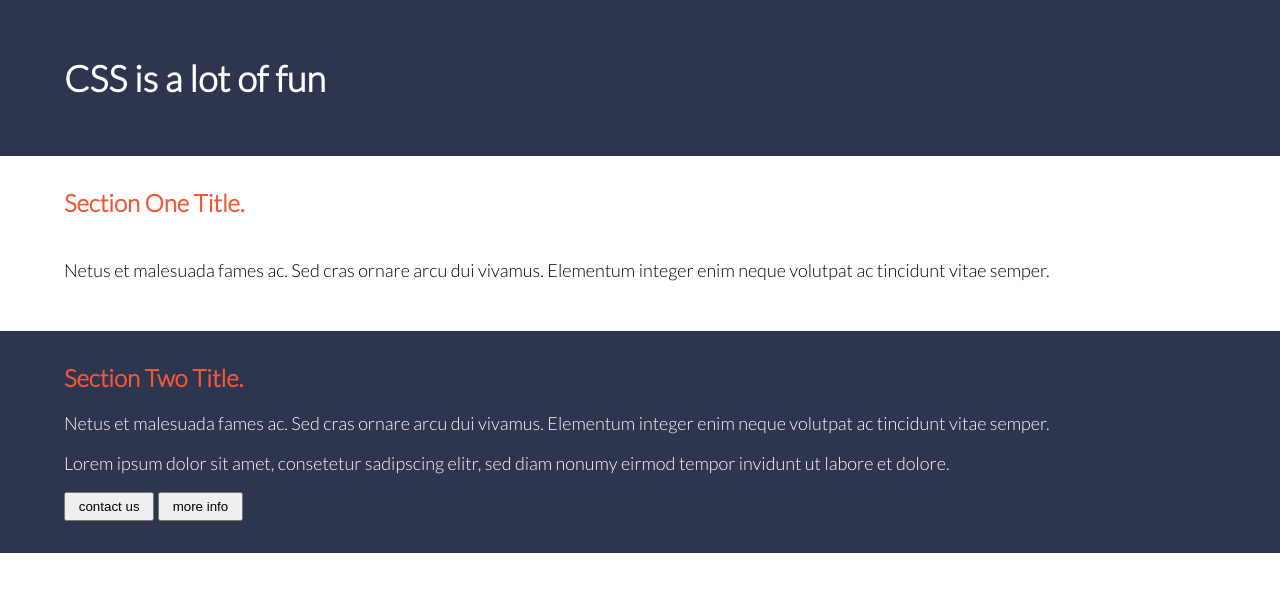
Repository: Doumham-Armah/sample-landing-page
Page: index.html
The author's editor kept a copy of each file at every save. The page is drawn from the files as they stood at one save, then again after the next save.
The browser window is 1280 px wide. The pictures show the whole page.

Above is the page before, as saved 2021-08-16 12:53:38.

### index.html
<!DOCTYPE html>
<html lang="en">
  <head>
    <meta charset="UTF-8" />
    <meta http-equiv="X-UA-Compatible" content="IE=edge" />
    <meta name="viewport" content="width=device-width, initial-scale=1.0" />
    <title>Document</title>
    <link rel="preconnect" href="https://fonts.googleapis.com" />
    <link rel="preconnect" href="https://fonts.gstatic.com" crossorigin />
    <link
      href="https://fonts.googleapis.com/css2?family=Lato:wght@300&display=swap"
      rel="stylesheet"
    />
    <link href="./style.css" rel="stylesheet" />
  </head>

  <body>
    <header>
      <div class="container">
        <h1>CSS is a lot of fun</h1>
      </div>
    </header>

    <section class="section-one">
      <div class="container">
        <h2>Section One Title.</h2>
        <img src="" alt="" />
        <p>
          Netus et malesuada fames ac. Sed cras ornare arcu dui vivamus.
          Elementum integer enim neque volutpat ac tincidunt vitae semper.
        </p>
      </div>
    </section>

    <section class="section-two">
      <div class="container">
        <h2>Section Two Title.</h2>
        <p>
          Netus et malesuada fames ac. Sed cras ornare arcu dui vivamus.
          Elementum integer enim neque volutpat ac tincidunt vitae semper.
        </p>
        <p>
          Lorem ipsum dolor sit amet, consetetur sadipscing elitr, sed diam
          nonumy eirmod tempor invidunt ut labore et dolore.
        </p>
        <button class="btn contact">contact us</button>
        <button class="btn info">more info</button>
      </div>
    </section>
  </body>
</html>

### style.css
body {
  margin: 0;
  font-family: "Lato", sans-serif;
  font-size: 18px;
}
.container {
  padding: 2rem 4rem;
}
header,
.section-two {
  background-color: #2e354f;
  color: white;
}

.conatiner h1 {
  font-size: 36px;
}
.container h2 {
  font-size: 24px;
  color: #ef5839;
}
h2,
p {
  margin-top: 0;
}

.btn {
  padding: 0.3rem 0.8rem;
}

After the next save:
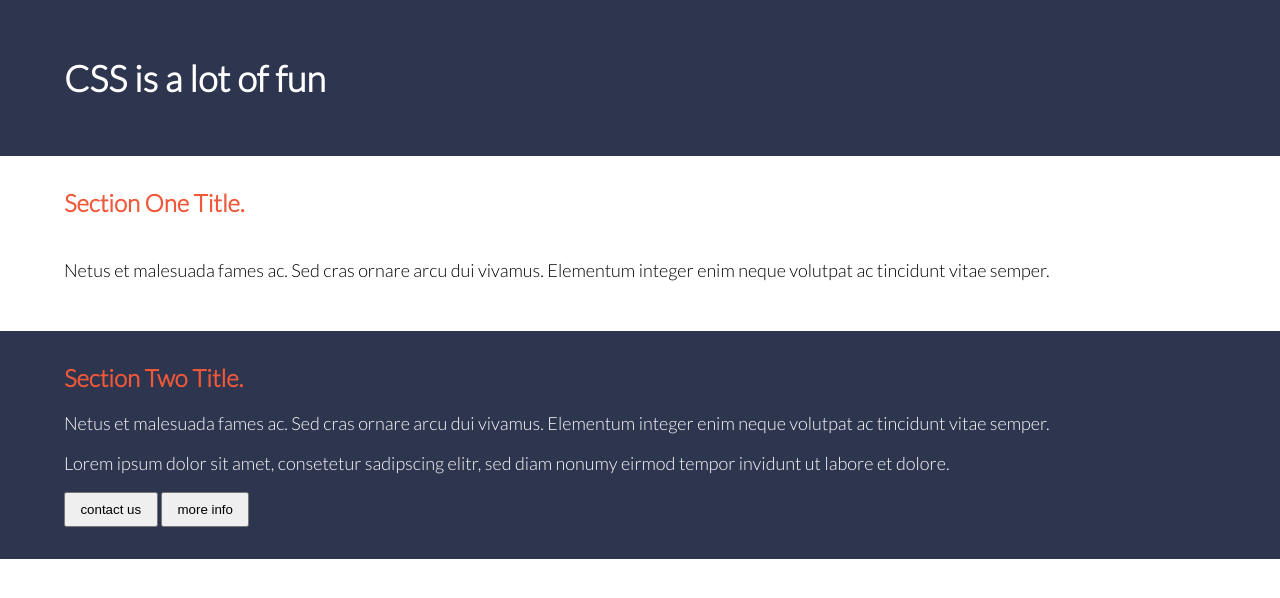
Saved 15 s later.
--- a/style.css
+++ b/style.css
@@ -25,5 +25,5 @@ p {
 }
 
 .btn {
-  padding: 0.3rem 0.8rem;
+  padding: 0.5rem 0.9rem;
 }
